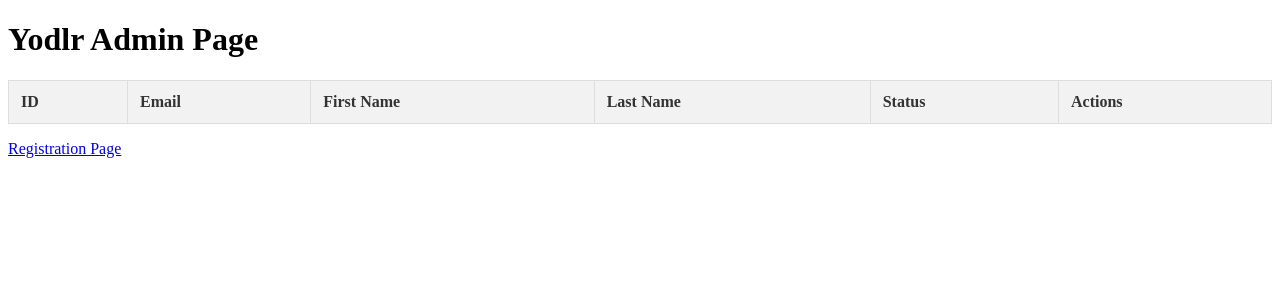
Repository: rmdayberry/yodlr-take-home
Page: public/admin.html
The author's editor kept a copy of each file at every save. The page is drawn from the files as they stood at one save, then again after the next save.
The browser window is 1280 px wide. The pictures show the whole page.
The page's requests for data from a server got no answer.

Above is the page before, as saved 2024-10-08 15:03:43.
Console error: TypeError: Cannot read properties of undefined (reading 'message')

After the next save:
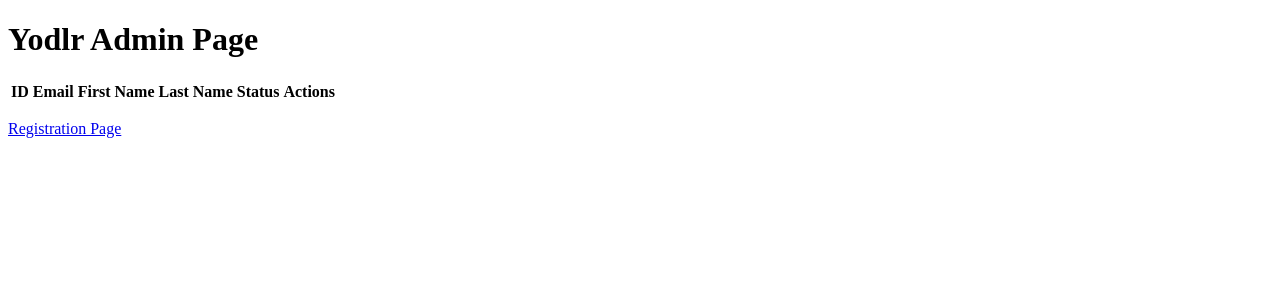
Saved 8 s later.
--- a/public/admin.html
+++ b/public/admin.html
@@ -3,7 +3,6 @@
   <head>
     <meta charset="utf-8" />
     <title>Yodlr Admin Page</title>
-    <link rel="stylesheet" href="css/admin.css" />
     <script src="https://code.jquery.com/jquery-3.6.0.min.js"></script>
     <script>
       $(document).ready(function () {
